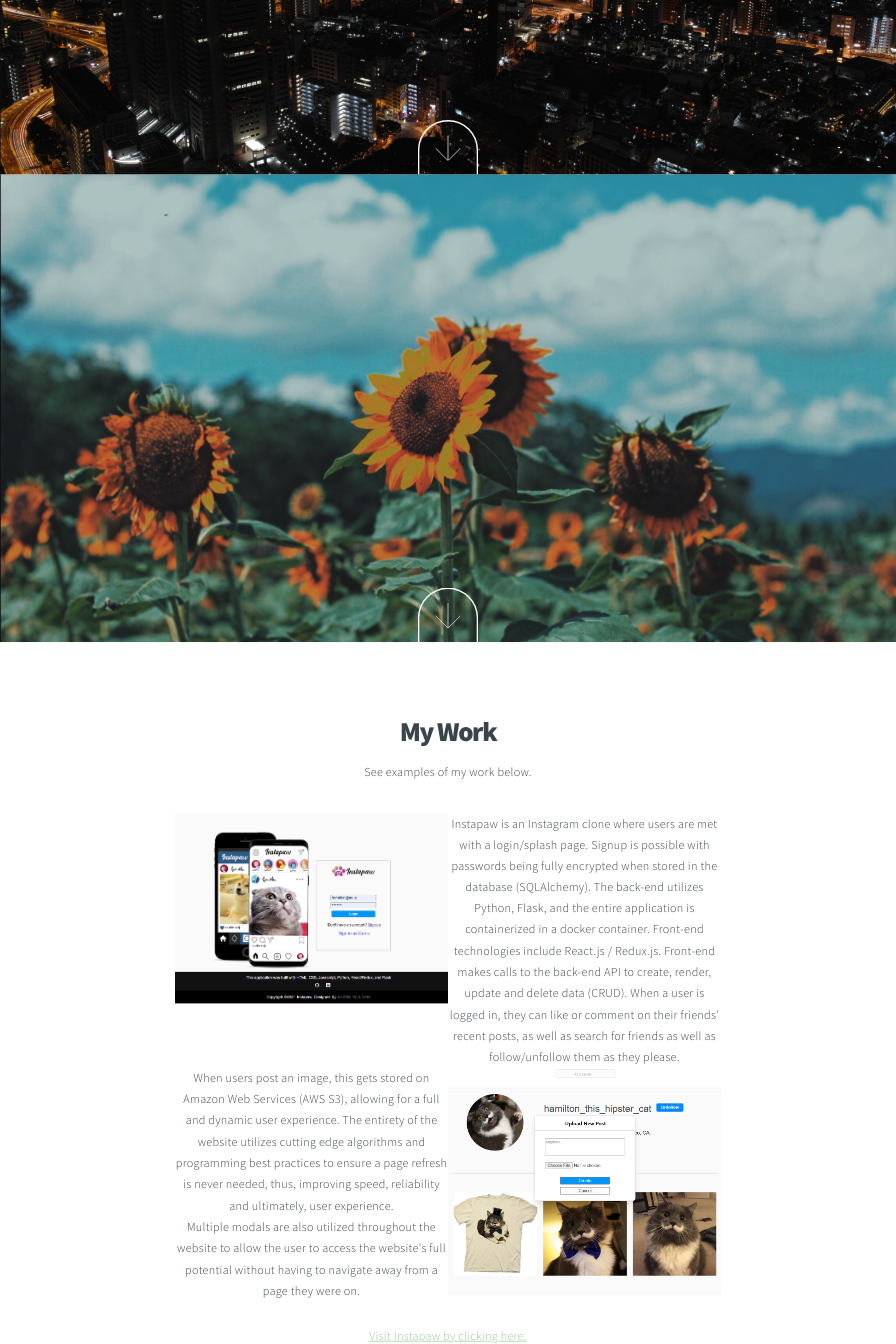
Repository: AustinW24/AustinW24.github.io
Page: index.html
These files come from the project's save history. The page is drawn as it stood at one moment and after a run of saves; the edit follows.
The browser window is 1280 px wide. The pictures show the part of the page from y = 1138 to 3058 px (the page is 4398 px tall before and 8044 px after), at 70% of full size.
Backgrounds fixed to the window are drawn as part of the page.

Above is the page before, as saved 2021-12-27 15:47:14.

### index.html
<!DOCTYPE HTML>
<!--
	Big Picture by HTML5 UP
	html5up.net | @ajlkn
	Free for personal and commercial use under the CCA 3.0 license (html5up.net/license)
-->
<html>

<head>
    <title>Austin Williams</title>
    <meta charset="utf-8" />
    <meta name="viewport" content="width=device-width, initial-scale=1, user-scalable=no" />
    <link rel="stylesheet" href="assets/css/main.css" />
    <noscript>
        <link rel="stylesheet" href="assets/css/noscript.css" />
    </noscript>
</head>

<body class="is-preload">

    <!-- Header -->
    <header id="header">
        <h1>Austin Williams</h1>
        <nav>
            <ul>
                <li><a href="#intro">Intro</a></li>
                <li><a href="#one">What I Do</a></li>
                <li><a href="#two">Who I Am</a></li>
                <li><a href="#work">My Work</a></li>
                <li><a href="#contact">Contact</a></li>
            </ul>
        </nav>
    </header>

    <!-- Intro -->
    <section id="intro" class="main style1 dark fullscreen">
        <div class="content">
            <header>
                <h2 id="myname" style=" text-shadow:
                        0.06em 0 rgb(0, 0, 0),
                        0 0.06em rgb(0, 0, 0),
                        -0.06em 0 rgb(48, 48, 48),
                        0 -0.06em rgb(51, 51, 51);
                        ">Austin Williams</h2>
            </header>
            <p style="color: rgb(0, 0, 0) ;
                    font-size: 1.2rem;
                    text-shadow:
                        0.06em 0 rgb(0, 0, 0),
                        0 0.06em rgb(0, 0, 0),
                        ">I am a Full Stack Software Engineer.<br />
                I've worked on everything from from back-end servers, databases,
                API's,<br /> to front-end responsive and great looking webpages,<br />
                putting it all together into a sweet package to make a great and seamless user experience.
            </p>
            <footer>
                <a href="#one" class="button style2 down">More</a>
            </footer>
        </div>
    </section>

    <!-- One -->
    <section id="one" class="main style2 right dark fullscreen">
        <div class="content box style2">
            <header>
                <h2  style="font-size: 22px">What I Do</h2>
            </header>
            <img id="my-pic" src="images/self2.jpg"></img>
            <p>I've worked and applied to several of my projects; JavaScript, HTML5, CSS3, React.JS/Redux, JQuery,
                Python, Flask, PostgreSQL, SQLAlchemy, Node.JS, Git. I have also
                created and incorporated APIs, have used and implemented Amazon Web Services (AWS),
                and I am always expanding my skill set to be a better version of myself than yesterday. <a
                    href="/images/copyofresume.pdf" target="_blank">View my full resume here.</a>
            </p>
        </div>
        <a href="#two" class="button style2 down anchored">Next</a>
    </section>

    <!-- Two -->
    <section id="two" class="main style2 left dark fullscreen">
        <div class="content box style2" style="max-width: 100%;">
            <header>
                <h2 style="font-size: 16px">Who I Am</h2>
            </header>
            <img id="my-pic" src="images/dogs.jpg"></img>
            <p style="font-size:14px">I come from a medical background being a Surgical Technologist working in high
                stress environments that required extreme attention to detail. I was browsing the internet one day after
                being furloughed and came upon a Harvard ad for python and fell in love instantly!
                I resigned ASAP to be the < 3% of people to be accepted into App Academy's 6 month immersive full-stack
                    program. I've logged over 2000+ hours learning and applying technologies you see above while working
                    as a solo developer and team player. My strengths are a direct result from the joy I get from
                    building something from the ground up, and bridging the gap between conceptualization and a tangible
                    product whether it's planning and design or testing and deploying. </p>
        </div>
        <a href="#work" class="button style2 down anchored">Next</a>
    </section>

    <!-- Work -->
    <section id="work" class="main style3 primary">
        <div class="content">
            <header>
                <h2>My Work</h2>
                <p>See examples of my work below.</p>
            </header>

            <!-- Gallery  -->
            <div>
                <div class="gallery">
                    <article class="from-left">
                        <a href="images/instapawlogin.PNG" class="image fit"><img src="images/instapawlogin.PNG"
                                title="Instapaw" alt="" /></a>
                    </article>
                    <article class="from-right">
                        Instapaw is an Instagram clone where users are met with a login/splash page.
                        Signup is possible with passwords being fully encrypted when stored in the
                        database (SQLAlchemy). The back-end utilizes Python, Flask, and the entire application
                        is containerized in a docker container. Front-end technologies include
                        React.js / Redux.js. Front-end makes calls to the back-end API to create, render, update and
                        delete data (CRUD).
                        When a user is logged in, they can like or comment on their
                        friends' recent posts, as well as search for friends as well as follow/unfollow them as they
                        please.

                    </article>
                    <article class="from-left">
                        When users post an image, this gets stored on Amazon Web Services (AWS S3), allowing for
                        a full and dynamic user experience. The entirety of the website utilizes cutting edge
                        algorithms and programming best practices to ensure a page refresh is never needed, thus,
                        improving speed, reliability and ultimately, user experience.<br />
                        Multiple modals are also utilized throughout the website to allow the user to access the
                        website's
                        full potential without having to navigate away from a page they were on.
                    </article>
                    <article class="from-right">
                        <a href="images/instapawupload.PNG" class="image fit"><img src="images/instapawupload.PNG"
                                title="Instafake" alt="" /></a>
                    </article>
                </div>
                <div><a href="https://instapaw.herokuapp.com/" target="_blank">Visit Instapaw by clicking here.</a>
                </div>
            </div>

            <br />
            <br />
            <br />

            <div>
                <div class="gallery">
                    <article class="from-left">
                        <a href="images/revuplogin.PNG" class="image fit"><img src="images/revuplogin.PNG"
                                title="Rev Up" alt="" /></a>
                    </article>
                    <article class="from-right">
                        Rev Up is a mix between Meetup and Eventbrite, but for cars and bikes! The back-end utilizes
                        Node.js, Python, and Flask-SQLAlchemy. The front-end
                        utilizes React.js/Redux.js and makes calls to the back-end API to create, render, update and
                        delete data(CRUD).
                        <br />
                        This website utilizes WTForms on back-end routes for authentication and blocks non-logged in
                        users from accessing endpoints with the help of it's validators.

                    </article>
                    <article class="from-left">
                        On arrival, users must be logged in or create an account to go further.
                        <br />When a user creates an event or RSVP's an event, the type of event with a link to the
                        posting will be available on the user's calendar for the date it's scheduled. Thanks to
                        React/Redux, as well
                        as the most cutting edge algorithms and programming best practices, the entirety of the website
                        can be utilized to it's full potential without ever needing a page refresh. This ensures speed,
                        reliability and ultimately a great user experience.
                    </article>
                    <article class="from-right">
                        <a href="images/eventscalendar.jpg" class="image fit"><img src="images/eventscalendar.jpg"
                                title="Rev Up" alt="" /></a>
                    </article>
                </div>
                <div><a href="https://rev-up.herokuapp.com/" target="_blank">Visit Rev Up by clicking here.</a></div>
            </div>

        </div>
    </section>

    <!-- Contact -->
    <section id="contact" class="main style3 secondary">
        <div class="content">
            <header>
                <h2>Say Hello!</h2>
                <p>Email me at austinwill264@gmail.com <br />
                    or contact me on <a href="https://www.linkedin.com/in/austin-williams-44a6a21b8/"
                        target="_blank">LinkedIn</a>
                </p>
            </header>
            <!-- <div class="box">
						<form method="post" action="#">
							<div class="fields">
								<div class="field half"><input type="text" name="name" placeholder="Name" /></div>
								<div class="field half"><input type="email" name="email" placeholder="Email" /></div>
								<div class="field"><textarea name="message" placeholder="Message" rows="6"></textarea></div>
							</div>
							<ul class="actions special">
								<li><input type="submit" value="Send Message" /></li>
							</ul>
						</form>
					</div> -->
        </div>
    </section>

    <!-- Footer -->
    <footer id="footer">

        <!-- Icons -->
        <ul class="icons">
            <li><a href="https://www.linkedin.com/in/austin-williams-44a6a21b8/" target="_blank"
                    class="icon brands fa-linkedin-in"><span class="label">LinkedIn</span></a></li>
            <li><a href="https://github.com/AustinW24" target="_blank" class="icon brands fa-github"><span
                        class="label">Github</span></a></li>
        </ul>

        <!-- Menu -->
        <ul class="menu">
            <li>&copy; Austin Williams</li>
        </ul>

    </footer>

    <!-- Scripts -->
    <script src="assets/js/jquery.min.js"></script>
    <script src="assets/js/jquery.poptrox.min.js"></script>
    <script src="assets/js/jquery.scrolly.min.js"></script>
    <script src="assets/js/jquery.scrollex.min.js"></script>
    <script src="assets/js/browser.min.js"></script>
    <script src="assets/js/breakpoints.min.js"></script>
    <script src="assets/js/util.js"></script>
    <script src="assets/js/main.js"></script>

</body>

</html>

Loaded but not shown: assets/css/fontawesome-all.min.css (library); assets/js/jquery.min.js (library); assets/js/jquery.poptrox.min.js (library); assets/js/jquery.scrolly.min.js (common file); assets/js/jquery.scrollex.min.js (common file); assets/js/browser.min.js (common file); assets/js/breakpoints.min.js (common file); assets/js/util.js (587 lines, source omitted); assets/js/main.js (219 lines, source omitted); assets/css/main.css (2352 lines, source omitted)

After the next 2 saves:
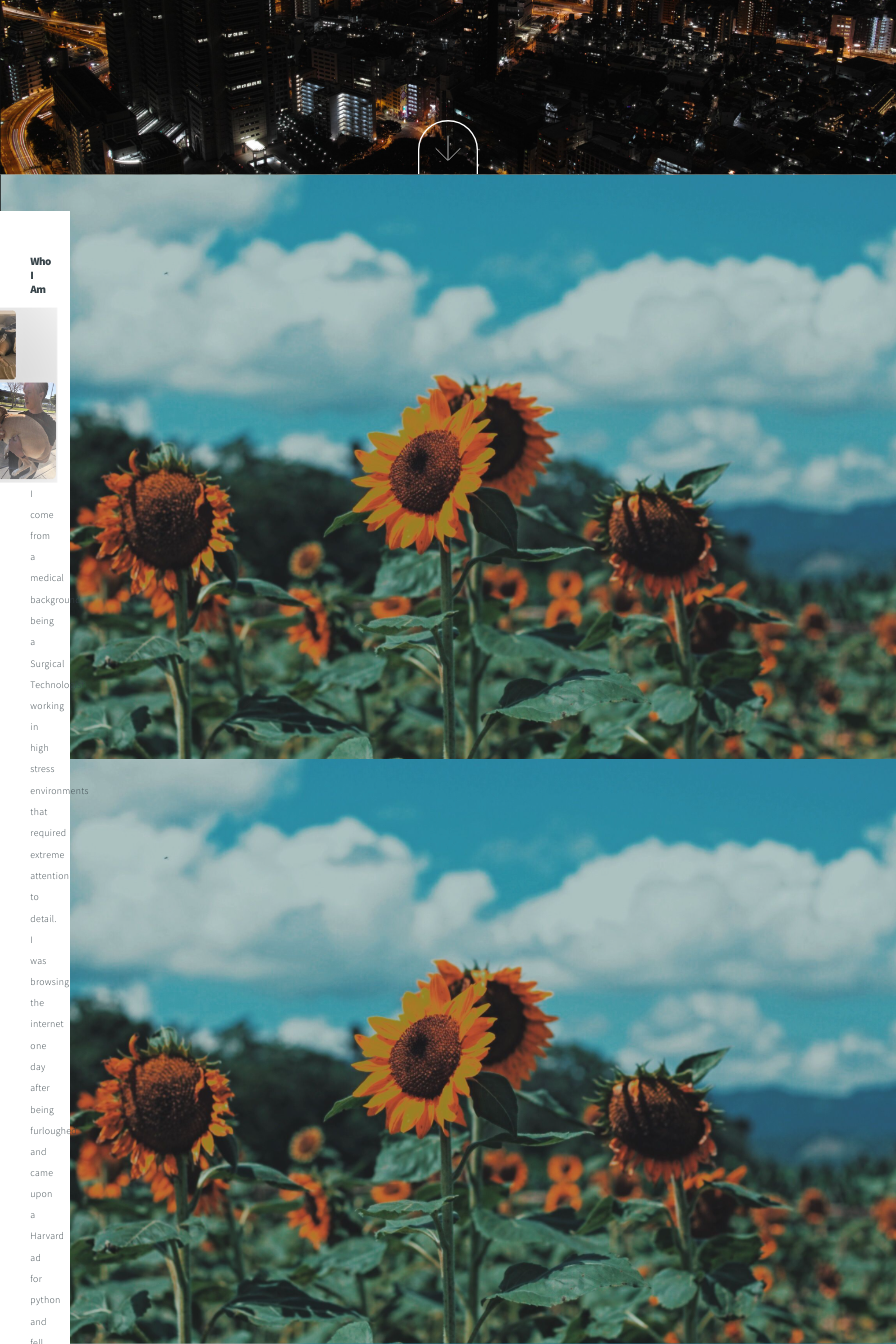
The 2 saves are shown as one change because they came seconds apart.
The last was saved 8 s later.
--- a/index.html
+++ b/index.html
@@ -78,7 +78,7 @@
 
     <!-- Two -->
     <section id="two" class="main style2 left dark fullscreen">
-        <div class="content box style2" style="max-width: 100%;">
+        <div class="content box style2" style="max-width: 100px;">
             <header>
                 <h2 style="font-size: 16px">Who I Am</h2>
             </header>

After the save that followed:
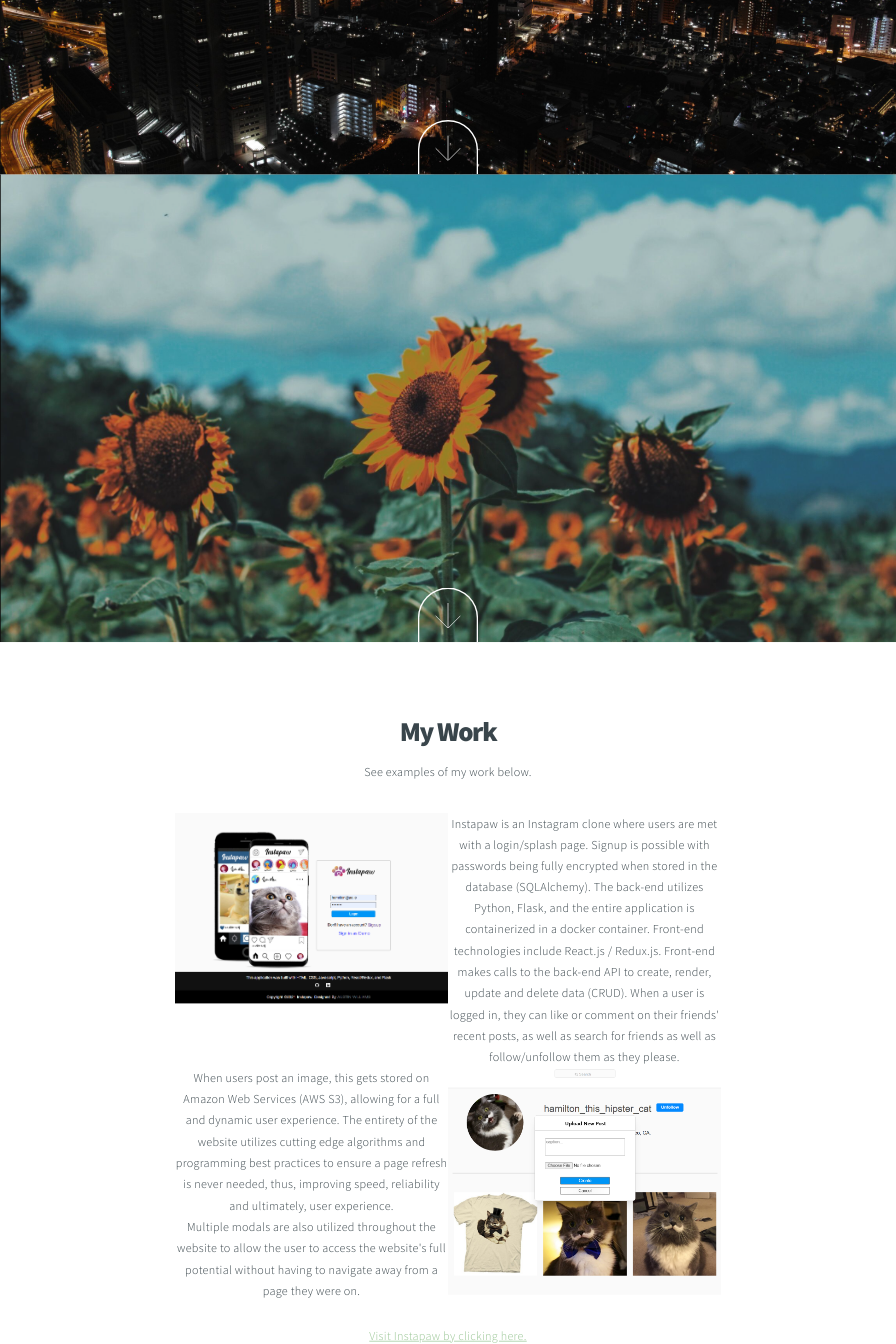
Saved 7 s later.
--- a/index.html
+++ b/index.html
@@ -78,7 +78,7 @@
 
     <!-- Two -->
     <section id="two" class="main style2 left dark fullscreen">
-        <div class="content box style2" style="max-width: 100px;">
+        <div class="content box style2" style="min-width: 100px;">
             <header>
                 <h2 style="font-size: 16px">Who I Am</h2>
             </header>
